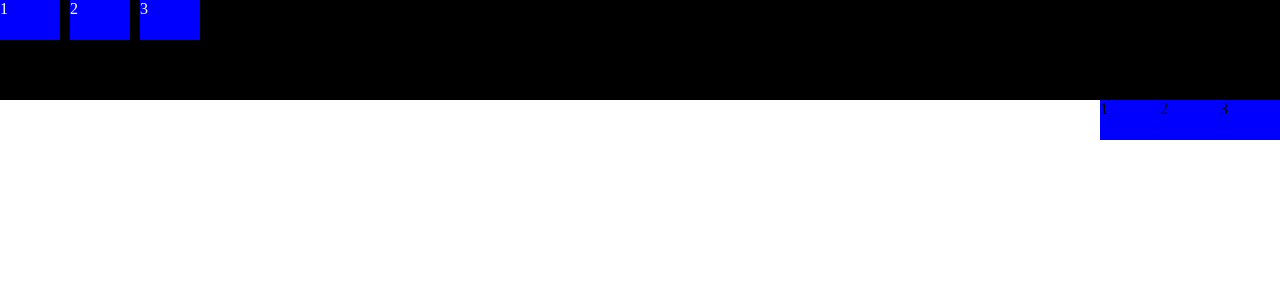
Repository: Elesion08/flexbox
Page: index.html
These files come from the project's save history. The page is drawn as it stood at one moment and after the next save; the edit follows.
The browser window is 1280 px wide. The pictures show the whole page.

Above is the page before, as saved 2025-04-14 10:00:28.

After the next save:
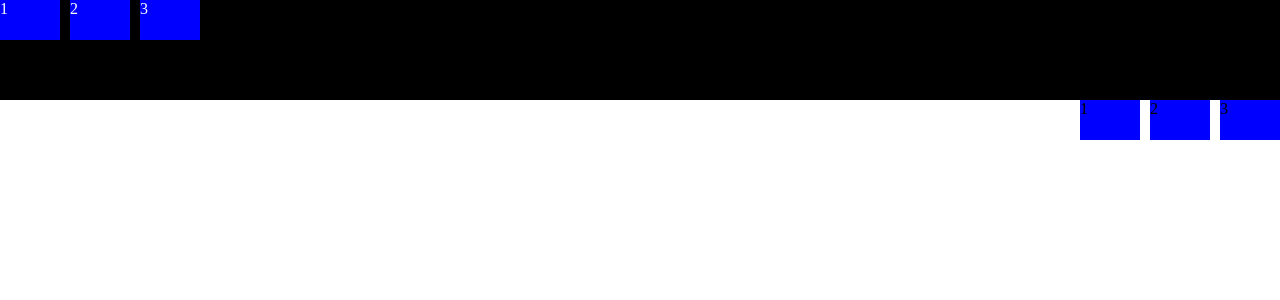
Saved 6 s later.
--- a/style.css
+++ b/style.css
@@ -26,7 +26,7 @@
     background-color: white;
     height: 100px;
     justify-content: flex-end;
-    gap: ;
+    gap: 10px;
 
 }
 
